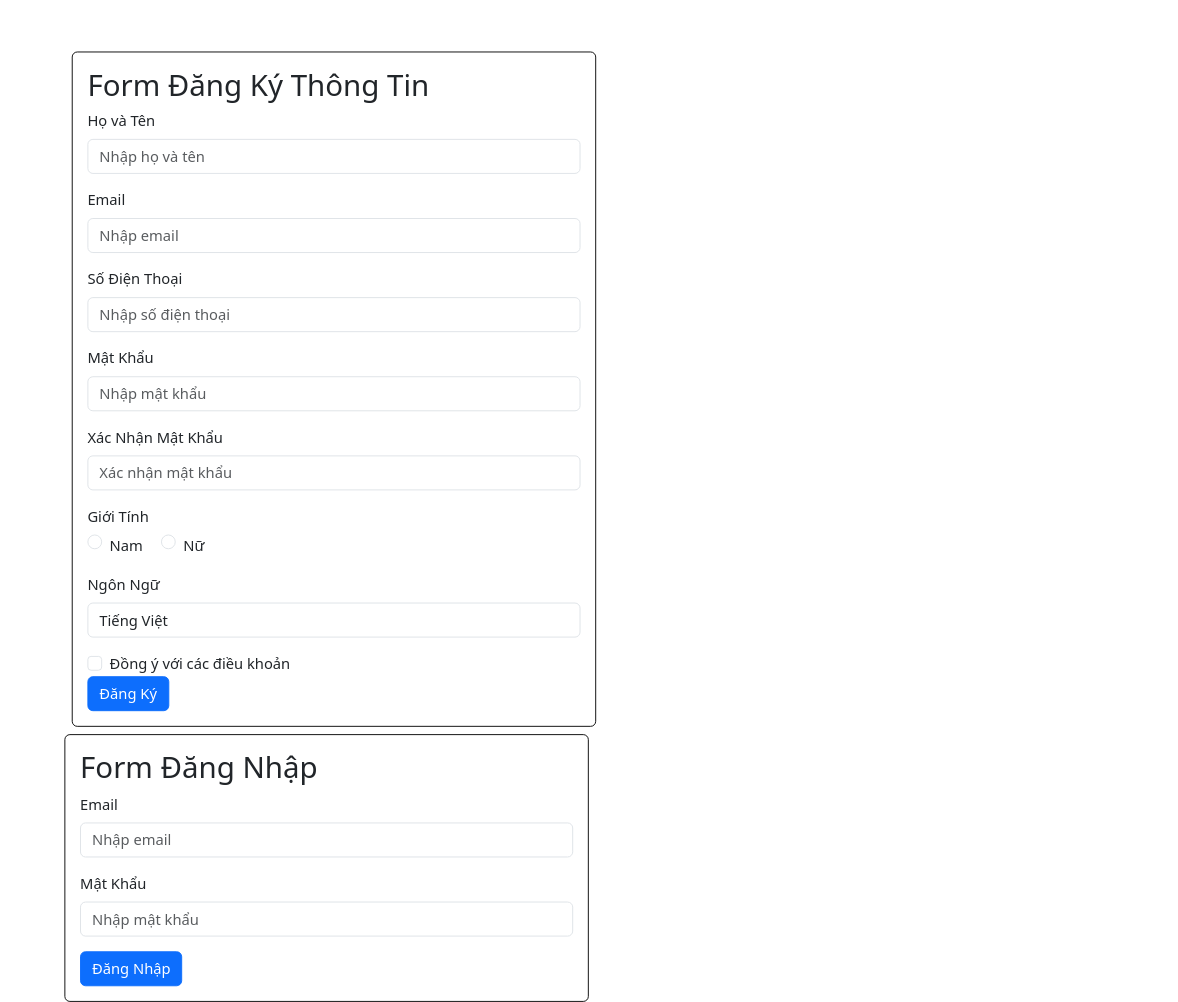
Repository: KizukoHeiwa/SOF308
Page: Lab2/bai2.html
An editor plug-in stored every save of this project. The page is shown before and after the next save, followed by the edit.
The browser window is 1280 px wide. The pictures show the whole page, at 92% of full size.

Above is the page before, as saved 2024-11-07 10:16:11.

### Lab2/bai2.html
<!DOCTYPE html>
<html lang="vi">

<head>
    <meta charset="UTF-8">
    <meta name="viewport" content="width=device-width, initial-scale=1.0">
    <title>FPT Polytechnic</title>
    <link href="https://maxcdn.bootstrapcdn.com/bootstrap/4.5.2/css/bootstrap.min.css" rel="stylesheet">
</head>
<link href="https://cdn.jsdelivr.net/npm/bootstrap@5.3.3/dist/css/bootstrap.min.css" rel="stylesheet">
<link rel="stylesheet" href="https://cdnjs.cloudflare.com/ajax/libs/font-awesome/6.0.0-beta3/css/all.min.css">
<script src="https://cdn.jsdelivr.net/npm/bootstrap@5.3.3/dist/js/bootstrap.bundle.min.js"></script>

<body>
    <div class="container mt-5">
        <div class="row">
            <!-- Đăng ký -->
            <div class="col-md-6 border border-black rounded p-3 m-2">
                <h2>Form Đăng Ký Thông Tin</h2>
                <form>
                    <div class="form-group">
                        <label for="fullName">Họ và Tên</label>
                        <input type="text" class="form-control" id="fullName" placeholder="Nhập họ và tên">
                    </div>
                    <div class="form-group">
                        <label for="email">Email</label>
                        <input type="email" class="form-control" id="email" placeholder="Nhập email">
                    </div>
                    <div class="form-group">
                        <label for="phoneNumber">Số Điện Thoại</label>
                        <input type="text" class="form-control" id="phoneNumber" placeholder="Nhập số điện thoại">
                    </div>
                    <div class="form-group">
                        <label for="password">Mật Khẩu</label>
                        <input type="password" class="form-control" id="password" placeholder="Nhập mật khẩu">
                    </div>
                    <div class="form-group">
                        <label for="confirmPassword">Xác Nhận Mật Khẩu</label>
                        <input type="password" class="form-control" id="confirmPassword"
                            placeholder="Xác nhận mật khẩu">
                    </div>
                    <div class="form-group">
                        <label>Giới Tính</label><br>
                        <div class="form-check form-check-inline">
                            <input class="form-check-input" type="radio" name="gender" id="genderMale" value="male">
                            <label class="form-check-label" for="genderMale">Nam</label>
                        </div>
                        <div class="form-check form-check-inline">
                            <input class="form-check-input" type="radio" name="gender" id="genderFemale" value="female">
                            <label class="form-check-label" for="genderFemale">Nữ</label>
                        </div>
                    </div>
                    <div class="form-group">
                        <label for="language">Ngôn Ngữ</label>
                        <select class="form-control" id="language">
                            <option>Tiếng Việt</option>
                            <option>English</option>
                        </select>
                    </div>
                    <div class="form-group form-check">
                        <input type="checkbox" class="form-check-input" id="agreeTerms">
                        <label class="form-check-label" for="agreeTerms">Đồng ý với các điều khoản</label>
                    </div>
                    <button type="submit" class="btn btn-primary">Đăng Ký</button>
                </form>
            </div>

            <!-- Đăng nhập -->
            <div class="col-md-6 border border-black rounded p-3">
                <h2>Form Đăng Nhập</h2>
                <form>
                    <div class="form-group">
                        <label for="loginEmail">Email</label>
                        <input type="email" class="form-control" id="loginEmail" placeholder="Nhập email">
                    </div>
                    <div class="form-group">
                        <label for="loginPassword">Mật Khẩu</label>
                        <input type="password" class="form-control" id="loginPassword" placeholder="Nhập mật khẩu">
                    </div>
                    <button type="submit" class="btn btn-primary">Đăng Nhập</button>
                </form>
            </div>
        </div>
    </div>


</body>

</html>

After the next save:
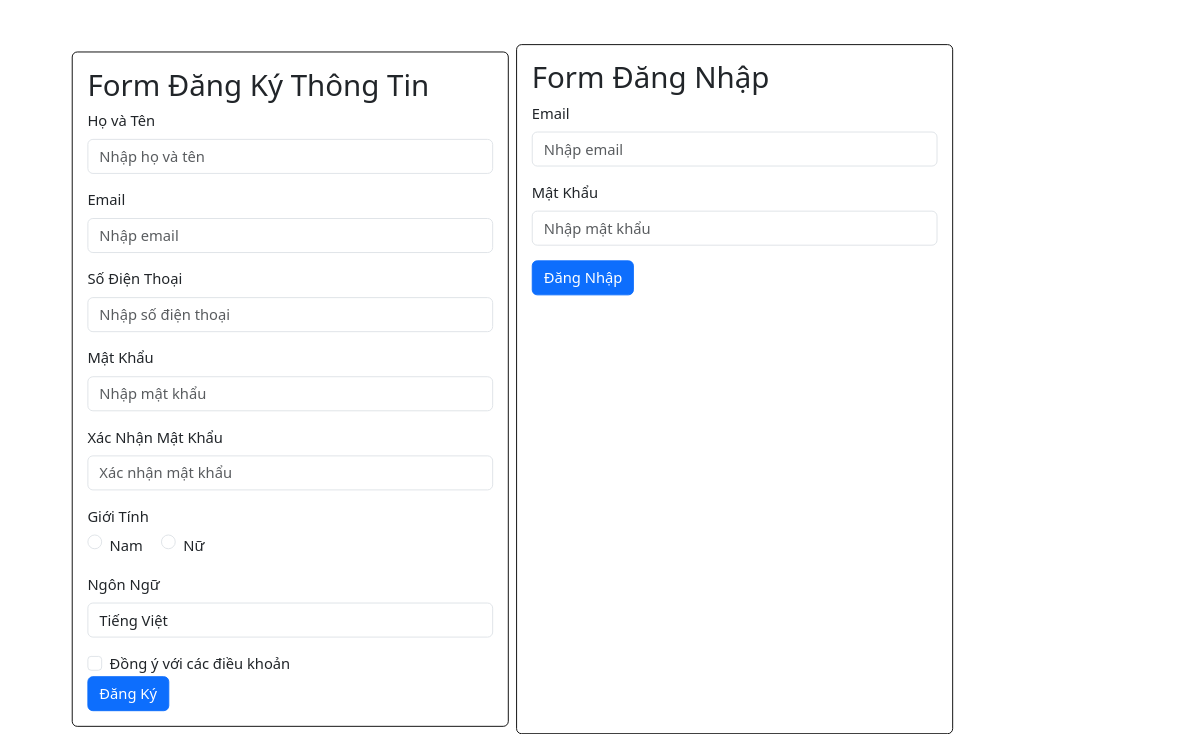
Saved 9 s later.
--- a/Lab2/bai2.html
+++ b/Lab2/bai2.html
@@ -15,7 +15,7 @@
     <div class="container mt-5">
         <div class="row">
             <!-- Đăng ký -->
-            <div class="col-md-6 border border-black rounded p-3 m-2">
+            <div class="col-md-5 border border-black rounded p-3 m-2">
                 <h2>Form Đăng Ký Thông Tin</h2>
                 <form>
                     <div class="form-group">
@@ -66,7 +66,7 @@
             </div>
 
             <!-- Đăng nhập -->
-            <div class="col-md-6 border border-black rounded p-3">
+            <div class="col-md-5 border border-black rounded p-3">
                 <h2>Form Đăng Nhập</h2>
                 <form>
                     <div class="form-group">
